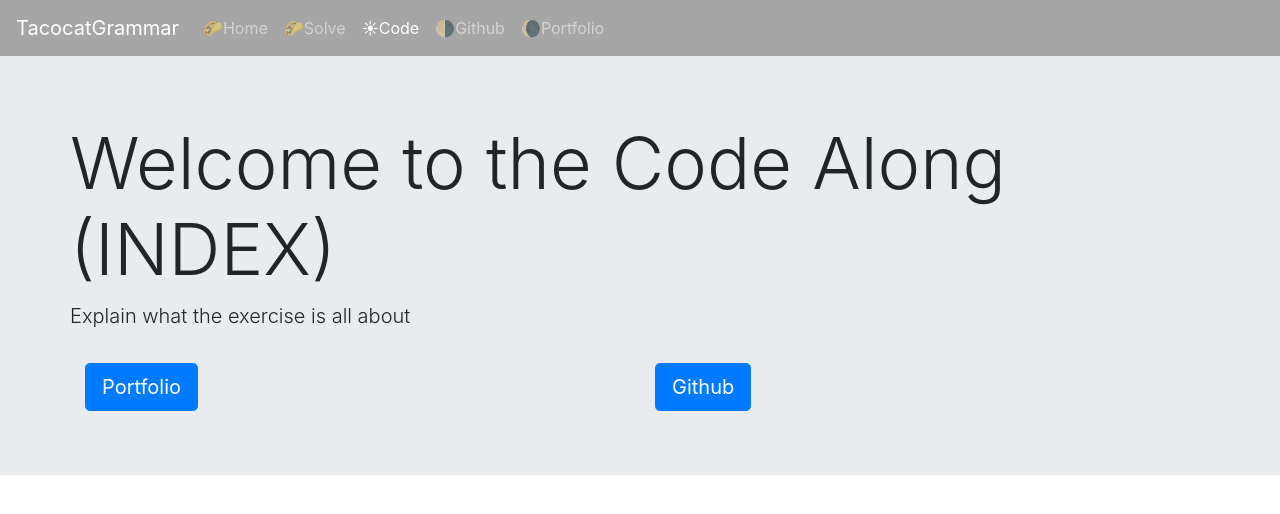
Repository: zhadjah9559/TacocatGrammar
Page: index.html
The author's editor kept a copy of each file at every save. The page is drawn from the files as they stood at one save, then again after the next save.
The browser window is 1280 px wide. The pictures show the whole page.

Above is the page before, as saved 2021-01-14 19:46:23.

### index.html
<!doctype html>
<html lang="en">
  <head>
    <title>Index</title>
    <!-- Required meta tags -->
    <meta charset="utf-8">
    <meta name="viewport" content="width=device-width, initial-scale=1, shrink-to-fit=no">

    <!-- Bootstrap CSS -->
    <link rel="stylesheet" href="https://stackpath.bootstrapcdn.com/bootstrap/4.3.1/css/bootstrap.min.css" integrity="sha384-ggOyR0iXCbMQv3Xipma34MD+dH/1fQ784/j6cY/iJTQUOhcWr7x9JvoRxT2MZw1T" crossorigin="anonymous">
  </head>
  <body>

    <nav class="navbar navbar-expand-sm navbar-dark" style="background-color:  #A6A6A6">
        <a class="navbar-brand" href="#">TacocatGrammar</a>
        <button class="navbar-toggler d-lg-none" type="button" data-toggle="collapse" data-target="#collapsibleNavId" aria-controls="collapsibleNavId"
            aria-expanded="false" aria-label="Toggle navigation"></button>
        <div class="collapse navbar-collapse" id="collapsibleNavId">
            <ul class="navbar-nav mr-auto mt-2 mt-lg-0">
                <li class="nav-item">
                    <a class="nav-link" href="index.html">🌮Home </a>
                </li>
                <li class="nav-item">
                    <a class="nav-link" href="solve.html">🌮Solve </a>
                </li>
                <li class="nav-item">
                    <a class="nav-link active" href="code.html">☀Code <span class="sr-only">(current)</span></a>
                </li>
                <li class="nav-item">
                    <a class="nav-link" target="_blank" href="https://github.com/zhadjah9559/SunsetHills">🌗Github</a>
                </li>
                <li class="nav-item">
                    <a class="nav-link" target="_blank" href="https://www.zacharyhadjah.netlify.app">🌘Portfolio</a>
                </li>
            </ul>
        </div>
    </nav>


    <div class="jumbotron jumbotron-fluid">
        <div class="container">
            <div class="row">
                <h1 class="display-3">Welcome to the Code Along (INDEX)</h1>
                <p class="lead">Explain what the exercise is all about</p>
                <hr class="my-2">
            </div>

            <div class="row justify-content-center mt-3">
                <div class="col">
                    <a class="btn btn-primary btn-lg" target="_blank" href="https://zacharyhadjah.netlify.app/" role="button">Portfolio</a>
                </div>
                <div class="col">
                    <a class="btn btn-primary btn-lg" target="_blank" href="https://github.com/zhadjah9559" role="button">Github</a>
                </div>
            </div>
        </div>
        </div>


    </div>



    <!-- Optional JavaScript -->
    <!-- jQuery first, then Popper.js, then Bootstrap JS -->
    <script src="https://code.jquery.com/jquery-3.3.1.slim.min.js" integrity="sha384-q8i/X+965DzO0rT7abK41JStQIAqVgRVzpbzo5smXKp4YfRvH+8abtTE1Pi6jizo" crossorigin="anonymous"></script>
    <script src="https://cdnjs.cloudflare.com/ajax/libs/popper.js/1.14.7/umd/popper.min.js" integrity="sha384-UO2eT0CpHqdSJQ6hJty5KVphtPhzWj9WO1clHTMGa3JDZwrnQq4sF86dIHNDz0W1" crossorigin="anonymous"></script>
    <script src="https://stackpath.bootstrapcdn.com/bootstrap/4.3.1/js/bootstrap.min.js" integrity="sha384-JjSmVgyd0p3pXB1rRibZUAYoIIy6OrQ6VrjIEaFf/nJGzIxFDsf4x0xIM+B07jRM" crossorigin="anonymous"></script>
  </body>
</html>

After the next save:
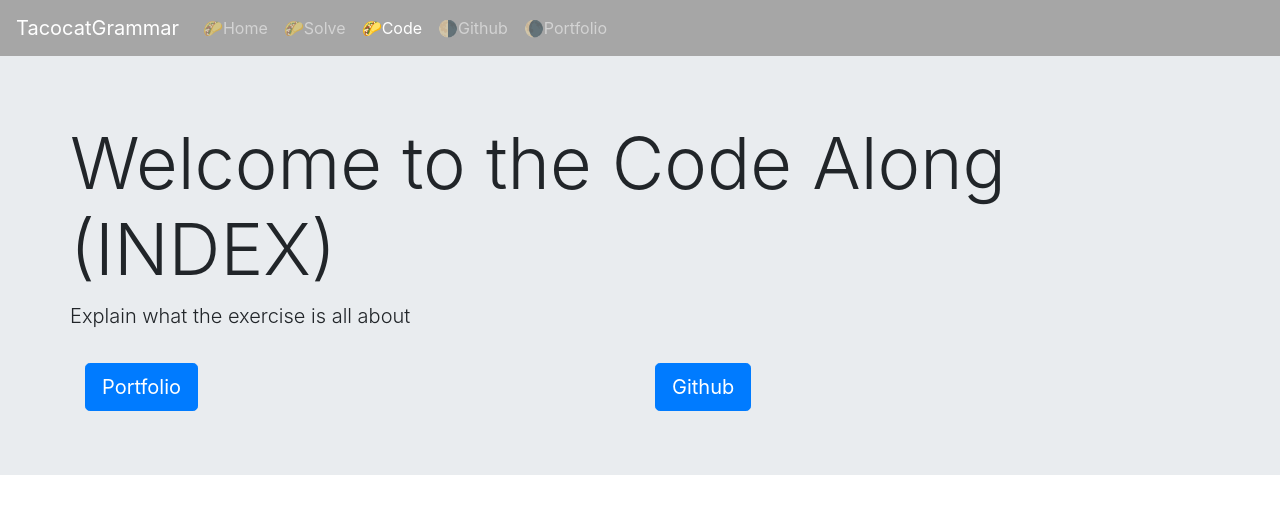
Saved 4 s later.
--- a/index.html
+++ b/index.html
@@ -24,7 +24,7 @@
                     <a class="nav-link" href="solve.html">🌮Solve </a>
                 </li>
                 <li class="nav-item">
-                    <a class="nav-link active" href="code.html">☀Code <span class="sr-only">(current)</span></a>
+                    <a class="nav-link active" href="code.html">🌮Code <span class="sr-only">(current)</span></a>
                 </li>
                 <li class="nav-item">
                     <a class="nav-link" target="_blank" href="https://github.com/zhadjah9559/SunsetHills">🌗Github</a>
